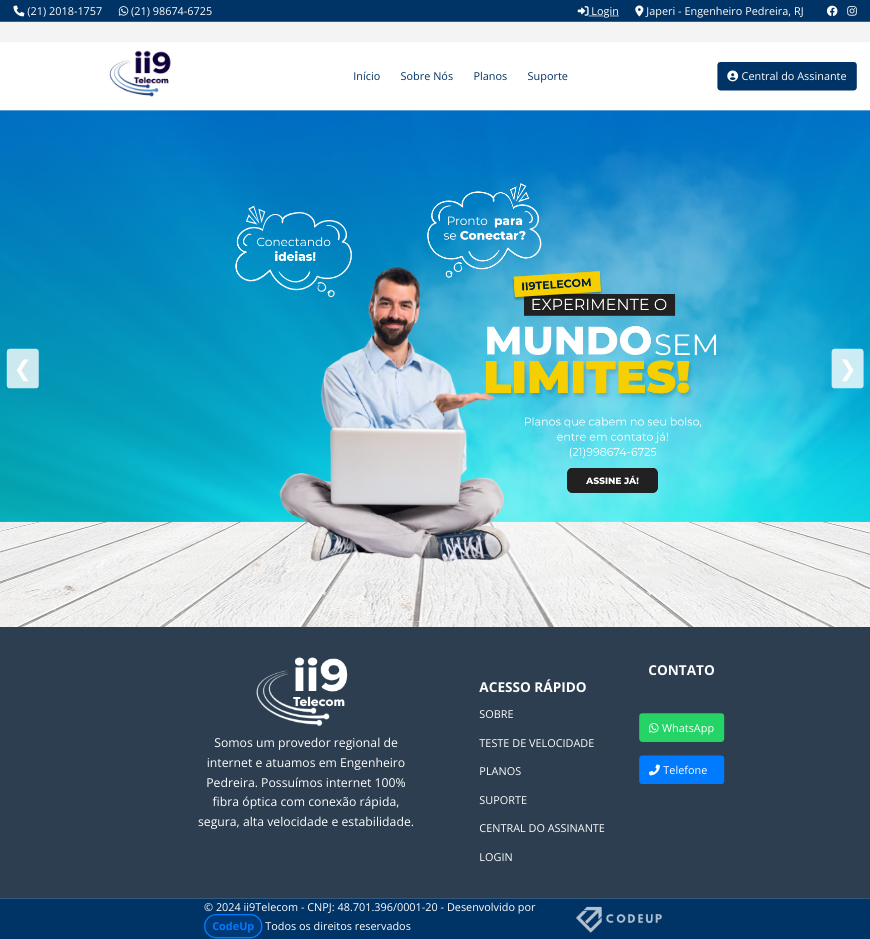
Repository: Gcodeco/ii9Telecom
Page: dist/public/screens/login.html
These files come from the project's save history. The page is drawn as it stood at one moment and after the next save; the edit follows.
The browser window is 1280 px wide. The pictures show the whole page, at 68% of full size.

Above is the page before, as saved 2024-10-31 19:29:36.
Console error: TypeError: Cannot read properties of null (reading 'addEventListener')

### dist/public/screens/login.html
<!DOCTYPE html>
<html lang="pt-br">
<head>
    <meta charset="UTF-8">
    <meta name="viewport" content="width=device-width, initial-scale=1.0">
    <title>ii9Telecom</title>
    <link rel="icon" href="img/fave.png" type="image/png">
    <link rel="stylesheet" href="../css/stylequemsomoslogo.css">
    <link rel="stylesheet" href="../css/stylequemsomos.css">
    <link rel="stylesheet" href="https://cdnjs.cloudflare.com/ajax/libs/font-awesome/5.15.4/css/all.min.css"> <!-- Para os ícones -->
    <link rel="stylesheet" href="https://cdnjs.cloudflare.com/ajax/libs/font-awesome/6.0.0-beta3/css/all.min.css">
    <link href="https://fonts.googleapis.com/css2?family=Roboto:wght@400;700&display=swap" rel="stylesheet">


</head>
<body>
    <header class="header-top">
        <div class="contact-info">
            <span><i class="fas fa-phone"></i> (21) 2018-1757</span>
            <span><i class="fab fa-whatsapp"></i> (21) 98674-6725</span>
        </div>
        <div class="social-info">

            <span><a href="login.html"><i class="fas fa-sign-in-alt"></i> Login</a></span>
            <span><i class="fas fa-map-marker-alt"></i> Japeri - Engenheiro Pedreira, RJ</span>
            <a href="https://facebook.com" target="_blank"><i class="fab fa-facebook"></i></a>
            <a href="https://instagram.com" target="_blank"><i class="fab fa-instagram"></i></a>
        </div>
    </header>

    <nav>
        <img src="../img/Novo Projeto.png" alt="ii9Telecom" class="logo1">
        <ul>
            <li><a href="../index.html">Início</a></li>
            <li><a href="#sobre">Sobre Nós</a></li>
            <li><a href="#planos">Planos</a></li>
            <section id="suporte">
                <li><a href="suporte">Suporte</a></li>
            </section>
        </ul>
        <section id="centraldoassinante">
        <a  href="https://ii9telecom.atlaz.com.br/central" class="subscriber-button">
            <i class="fas fa-user-circle"></i> Central do Assinante
        </a>
    </section>
    </nav>

    <div class="carousel">
        <div class="carousel-images">
            <img src="../img/6158252 (2).png" alt="Imagem 1" class="carousel-image active">
            <img src="../img/Bannerii9.jpg" alt="Imagem 2" class="carousel-image active">
        </div>
        <button class="carousel-button prev" onclick="moveSlide(-1)">&#10094;</button>
        <button class="carousel-button next" onclick="moveSlide(1)">&#10095;</button>
    </div>






    <section id="servicos-contato" class="faixa">
        <div class="container">

            <div class="texto-container">
                <img src="../img/Novo Projeto.png" alt="ii9Telecom" class="logo">
                <p class="texto1">Somos um provedor regional de internet e atuamos em Engenheiro Pedreira. Possuímos internet 100% fibra óptica com conexão rápida, segura, alta velocidade e estabilidade.</p>
            </div>
            <section id="acessorapido" class="acesso-rapido">
                <p class="titulo-acesso">ACESSO RÁPIDO</p>
                <p><a href="#sobre">SOBRE</a></p>
                <p><a href="https://fast.com/pt/" target="_blank">TESTE DE VELOCIDADE</a></p>
                <p><a href="#planos">PLANOS</a></p>
                <p><a href="#suporte">SUPORTE</a></p>
                <p><a href="#centraldoassinante">CENTRAL DO ASSINANTE</a></p>
                <p><a href="#login">LOGIN</a></p>
            </section>
            <section id="contato" class="contato-rapido">
                <p class="titulo-contato">CONTATO</p>

                <div class="botoes-contato">
                    <a href="https://api.whatsapp.com/send?phone=5521996830145" class="btn-whatsapp" target="_blank">
                        <i class="fab fa-whatsapp"></i> WhatsApp
                    </a>
                    <a href="tel:+5521996830145" class="btn-telefone">
                        <i class="fas fa-phone-alt"></i> Telefone
                    </a>
                </div>
            </section>
            </div>
            </section>

        </div>
    </section>



    <footer>
        <p>© 2024 ii9Telecom  - CNPJ: 48.701.396/0001-20 - Desenvolvido por <a href="mailto:codeco.gcs@gmail.com" class="destaque">CodeUp</a> Todos os direitos reservados       </p>
                      <img src="../img/CODEUP.png" alt="codeup">
    </footer>

    <script>
        let currentSlide = 0;

        function showSlide(index) {
            const slides = document.querySelectorAll('.carousel-image');
            if (index >= slides.length) {
                currentSlide = 0;
            } else if (index < 0) {
                currentSlide = slides.length - 1;
            } else {
                currentSlide = index;
            }

            slides.forEach((slide, i) => {
                slide.classList.remove('active');
                if (i === currentSlide) {
                    slide.classList.add('active');
                }
            });
        }

        function moveSlide(direction) {
            showSlide(currentSlide + direction);
        }

        // Mudar automaticamente de slide a cada 5 segundos
        setInterval(() => {
            moveSlide(1);
        }, 5000);


        const image = document.querySelector('.about-image');

image.addEventListener('mouseover', () => {
    image.style.transform = 'rotate(-5deg)';
});

image.addEventListener('mouseout', () => {
    image.style.transform = 'rotate(5deg)';
});
    </script>
</body>
</html>

### dist/public/css/stylequemsomos.css
@import url('https://fonts.googleapis.com/css2?family=Open+Sans:ital,wght@0,300..800;1,300..800&display=swap');
* {
    box-sizing: border-box;
    margin: 0;
    padding: 0;
}

body {
    font-family: "Open Sans", sans-serif;
    background-color: #f4f4f4;
    color: #333;
}

.container2 {
    max-width: 800px;
    margin: 20px auto;
    padding: 20px;
    background: #fff;
    border-radius: 8px;
    box-shadow: 0 2px 10px rgba(0, 0, 0, 0.1);
}

header {
    text-align: center;
    margin-bottom: 30px;
}

header h1 {
    font-size: 2.5em;
    color: #007bff;
}

header h4 {
    font-size: 1.2em;
    color: #555;
}

.about p {
    line-height: 1.6;
    margin-bottom: 20px;
}

h2 {
    margin-top: 20px;
    margin-bottom: 10px;
    color: #007bff;
}

ul {
    margin-bottom: 20px;
    list-style-type: disc;
    padding-left: 20px;
}

ul li {
    margin-bottom: 10px;
}

Loaded but not shown: dist/public/js/app.js (14 lines, source omitted); dist/public/css/stylequemsomoslogo.css (693 lines, source omitted)

After the next save:
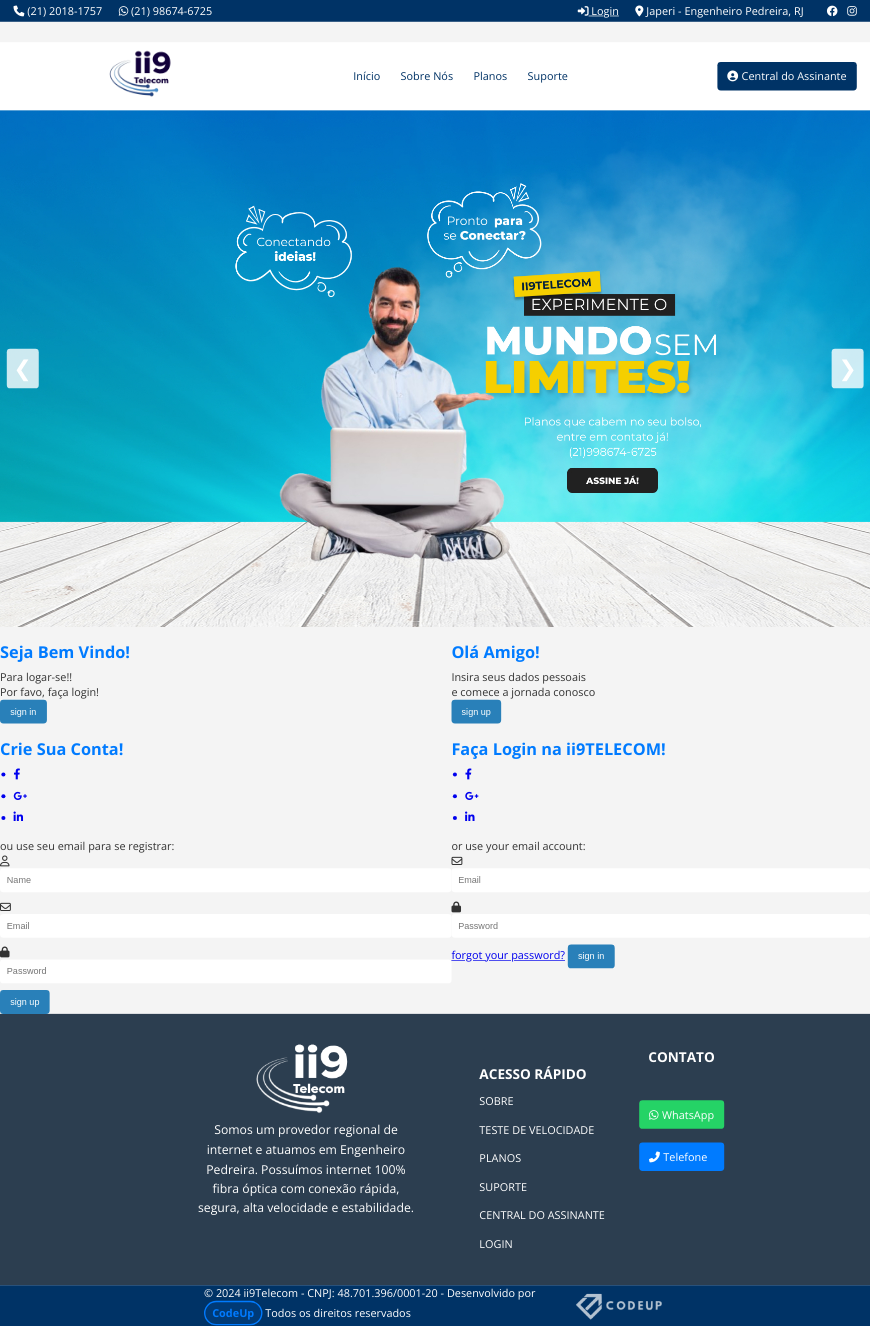
Saved 55 s later.
--- a/dist/public/screens/login.html
+++ b/dist/public/screens/login.html
@@ -54,6 +54,106 @@
         <button class="carousel-button next" onclick="moveSlide(1)">&#10095;</button>
     </div>
 
+    <div class="container">
+        <div class="content first-content">
+            <div class="first-column">
+                <h2 class="title title-primary">Seja Bem Vindo!</h2>
+                <p class="description description-primary">Para logar-se!!</p>
+                <p class="description description-primary">Por favo, faça login!</p>
+                <button id="signin" class="btn btn-primary">sign in</button>
+            </div>
+            <div class="second-column">
+                <h2 class="title title-second">Crie Sua Conta!</h2>
+                <div class="social-media">
+                    <ul class="list-social-media">
+                        <a class="link-social-media" href="#">
+                            <li class="item-social-media">
+                                <i class="fab fa-facebook-f"></i>
+                            </li>
+                        </a>
+                        <a class="link-social-media" href="#">
+                            <li class="item-social-media">
+                                <i class="fab fa-google-plus-g"></i>
+                            </li>
+                        </a>
+                        <a class="link-social-media" href="#">
+                            <li class="item-social-media">
+                                <i class="fab fa-linkedin-in"></i>
+                            </li>
+                        </a>
+                    </ul>
+                </div><!-- social media -->
+                <p class="description description-second">ou use seu email para se registrar:</p>
+                <form class="form">
+                    <label class="label-input" for="">
+                        <i class="far fa-user icon-modify"></i>
+                        <input type="text" placeholder="Name">
+                    </label>
+
+                    <label class="label-input" for="">
+                        <i class="far fa-envelope icon-modify"></i>
+                        <input type="email" placeholder="Email">
+                    </label>
+
+                    <label class="label-input" for="">
+                        <i class="fas fa-lock icon-modify"></i>
+                        <input type="password" placeholder="Password">
+                    </label>
+
+
+                    <button class="btn btn-second">sign up</button>
+                </form>
+            </div><!-- second column -->
+        </div><!-- first content -->
+        <div class="content second-content">
+            <div class="first-column">
+                <h2 class="title title-primary">Olá Amigo!</h2>
+                <p class="description description-primary">Insira seus dados pessoais</p>
+                <p class="description description-primary">e comece a jornada conosco</p>
+                <button id="signup" class="btn btn-primary">sign up</button>
+            </div>
+            <div class="second-column">
+                <h2 class="title title-second">Faça Login na ii9TELECOM!</h2>
+                <div class="social-media">
+                    <ul class="list-social-media">
+                        <a class="link-social-media" href="#">
+                            <li class="item-social-media">
+                                <i class="fab fa-facebook-f"></i>
+                            </li>
+                        </a>
+                        <a class="link-social-media" href="#">
+                            <li class="item-social-media">
+                                <i class="fab fa-google-plus-g"></i>
+                            </li>
+                        </a>
+                        <a class="link-social-media" href="#">
+                            <li class="item-social-media">
+                                <i class="fab fa-linkedin-in"></i>
+                            </li>
+                        </a>
+                    </ul>
+                </div><!-- social media -->
+                <p class="description description-second">or use your email account:</p>
+                <form class="form">
+
+                    <label class="label-input" for="">
+                        <i class="far fa-envelope icon-modify"></i>
+                        <input type="email" placeholder="Email">
+                    </label>
+
+                    <label class="label-input" for="">
+                        <i class="fas fa-lock icon-modify"></i>
+                        <input type="password" placeholder="Password">
+                    </label>
+
+                    <a class="password" href="#">forgot your password?</a>
+                    <button class="btn btn-second">sign in</button>
+                </form>
+            </div><!-- second column -->
+        </div><!-- second-content -->
+    </div>
+    <script src="../js/app.js"></script>
+
 
 
 
